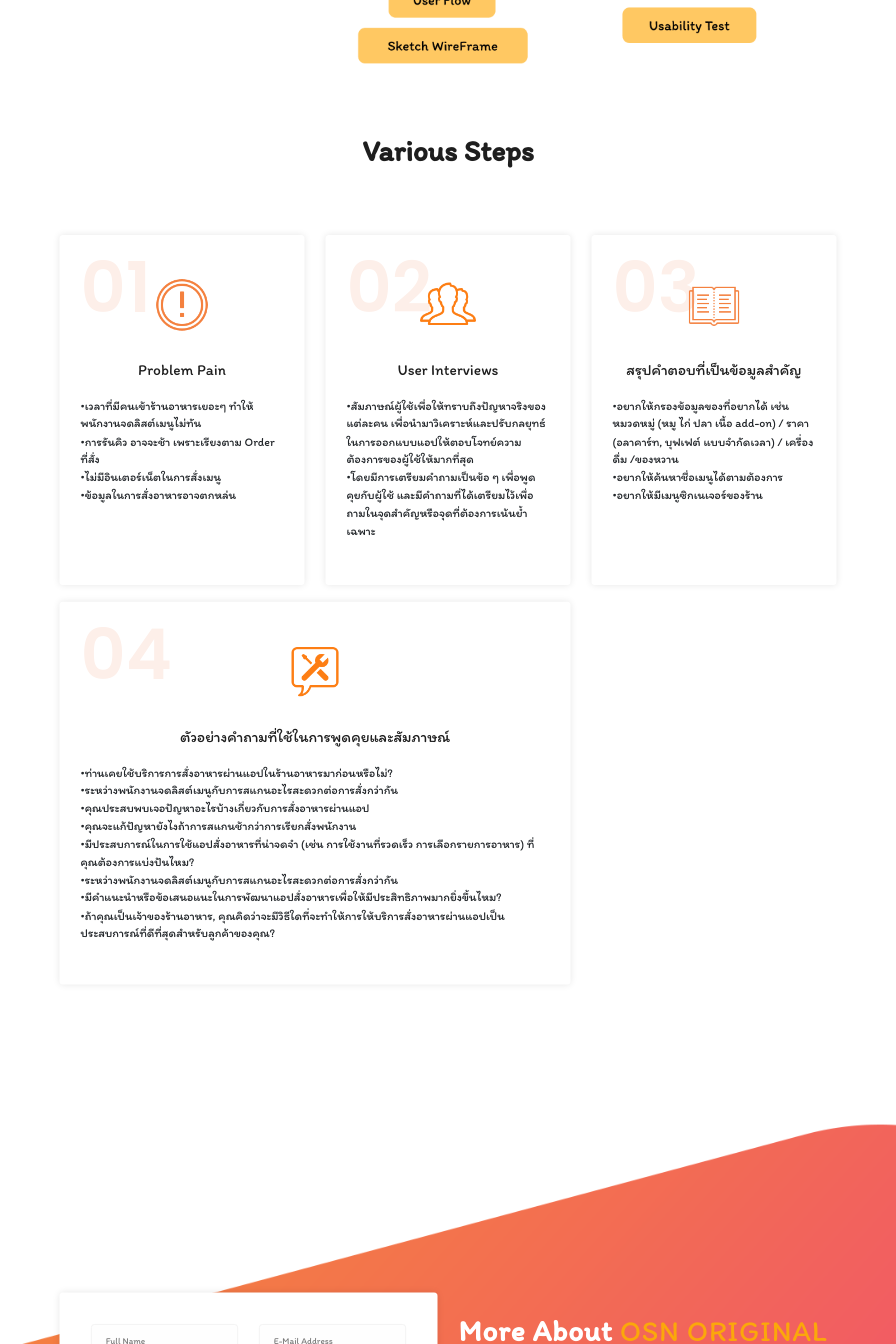
Repository: NicePS2546/Project-OSN
Page: index.html
These files come from the project's save history. The page is drawn as it stood at one moment and after the next save; the edit follows.
The browser window is 1280 px wide. The pictures show the part of the page from y = 4241 to 6161 px (the page is 6759 px tall), at 70% of full size.
Some web fonts or font styles are not loaded; a fallback is used.

Above is the page before, as saved 2024-03-25 16:30:31.

### index.html
<!DOCTYPE html>
<html lang="en">
  <head>
    <meta charset="UTF-8" />
    <meta name="viewport" content="width=device-width, initial-scale=1.0" />
    <title>OSN Original App</title>
    <link
      href="https://cdn.jsdelivr.net/npm/bootstrap@5.3.3/dist/css/bootstrap.min.css"
      rel="stylesheet"
      integrity="sha384-QWTKZyjpPEjISv5WaRU9OFeRpok6YctnYmDr5pNlyT2bRjXh0JMhjY6hW+ALEwIH"
      crossorigin="anonymous"
    />
    <link
      rel="stylesheet"
      href="https://cdnjs.cloudflare.com/ajax/libs/font-awesome/6.5.1/css/all.min.css"
    />
    <script
      src="https://cdn.jsdelivr.net/npm/bootstrap@5.3.3/dist/js/bootstrap.bundle.min.js"
      integrity="sha384-YvpcrYf0tY3lHB60NNkmXc5s9fDVZLESaAA55NDzOxhy9GkcIdslK1eN7N6jIeHz"
      crossorigin="anonymous"
    ></script>

    <link
      rel="stylesheet"
      type="text/css"
      href="assets/css/bootstrap.min.css"
    />

    <link rel="stylesheet" type="text/css" href="assets/css/font-awesome.css" />
    <link rel="stylesheet" href="assets/css/custom.css" />


  </head>
  <body>
    <!-- Loading Page -->
    <div id="loading">
      <div class="jumper">
        <div></div>
        <div></div>
        <div></div>
      </div>
    </div>

    <!-- Loading Page -->

    <header class="header-area header-sticky">
      <div class="container">
        <div class="row">
          <div class="col-12">
            <nav class="main-nav">
              <a class="logo" href="#"> OSN Original </a>
              <ul class="nav">
                <li class="scroll-to-section">
                  <a href="#welcome" class="menu-item">Home</a>
                </li>
                <li class="scroll-to-section">
                  <a href="#about" class="menu-item">Detail Work</a>
                </li>
                <li class="scroll-to-section">
                  <a class="menu-item" href="#various-steps">Various Steps</a>
                </li>
                <li class="scroll-to-section">
                  <a class="menu-item" href="#design-process">Design Process</a>
                </li>
                <li class="scroll-to-section">
                  <a class="menu-item" href="#team">Our Team</a>
                </li>
              </ul>
              <a class="menu-trigger">
                <span>Menu</span>
              </a>
            </nav>
          </div>
        </div>
      </div>
    </header>

    <div id="welcome" class="hero-area">
      <div class="header-text">
        <div class="container">
          <div class="row">
            <div
              class="left-text col-lg-6 col-md-12 col-sm-12 col-xs-12"
              data-scroll-reveal="enter left move 30px over 0.6s after 0.4s"
            >
              <h1>
                Simple Buffet app <br />
                <em>osi original</em>
              </h1>
              <p>
                แอปพลิเคชั่นสำหรับสั่งอาหาร ไม่ว่าจะเป็นบุฟเฟ่ต์หมูกระทะ
                หรือจะเป็น อะลาคาร์ท สั่งได้ในหน้าจอของคุณเลยตอนนี้
                ประสบการณ์ของคุณคือหน้าที่ของเรา
                เราจะทำให้มั่นใจว่าทุกช่วงเวลาของคุณที่นี่จะต้องดีที่สุด
                แอปพลิเคชั่นสร้างโดย OSI Team
              </p>
              <a href="#team" class="main-button-slider">OSI TEAM</a>
            </div>
          </div>
        </div>
      </div>
    </div>

    <!-- detail work -->
    <section class="section" id="about">
      <div class="container">
        <div class="row">
          <div
            class="col-lg-4 col-md-6 col-sm-12 col-xs-12"
            data-scroll-reveal="enter left move 30px over 0.6s after 0.4s"
          >
            <div class="detail-box box-1">
              <div class="box-icon">
                <h2>01</h2>
                <img src="assets/image/icons8-time-80.png" alt="" />
                <h4>ระยะเวลาทำงาน</h4>
                <p>16 กุมภาพันธ์ 2567 – 31 มีนาคม 2567</p>
                <a href="#" class="main-button"> Read More </a>
              </div>
            </div>
          </div>
          <div
            class="col-lg-4 col-md-6 col-sm-12 col-xs-12"
            data-scroll-reveal="enter bottom move 30px over 0.6s after 0.4s"
          >
            <div class="detail-box box-2">
              <div class="features-icon">
                <h2>02</h2>
                <img
                  src="assets/image/icons8-team-100.png"
                  width="80px"
                  height="80px"
                />
                <h4>ประเภทงาน</h4>
                <p>งานกลุ่ม 3 คน</p>
                <a href="#team" class="main-button"> Discover More </a>
              </div>
            </div>
          </div>
          <div
            class="col-lg-4 col-md-6 col-sm-12 col-xs-12"
            data-scroll-reveal="enter right move 30px over 0.6s after 0.4s"
          >
            <div class="detail-box box-3">
              <div class="features-icon">
                <h2>03</h2>
                <img
                  src="assets/image/icons8-utilities-100.png"
                  width="80px"
                  height="80px"
                  alt=""
                />
                <h4>เครื่องมือที่ใช้</h4>
                <p>Figma HTML CSS JS</p>
                <a href="#testimonials" class="main-button"> More Detail </a>
              </div>
            </div>
          </div>
        </div>
      </div>
    </section>
    <!--End Detail work-->
    <div class="left-image-decor"></div>
    <!--TEAM-->
    <section class="section" id="team">
      <div class="container">
        <div class="row">
          <div
            class="left-image col-lg-5 col-md-12 col-sm-12 mobile-bottom-fix-big"
            data-scroll-reveal="enter left move 30px over 0.6s after 0.4s"
          >
            <img
              src="assets/image/left-image.png"
              class="rounded img-fluid d-block mx-auto"
              alt="App"
            />
          </div>
          <div
            class="right-text offset-lg-1 col-lg-6 col-md-12 col-sm-12 mobile-bottom-fix"
          >
            <ul class="team-list">
              <li
                class="box-team"
                data-scroll-reveal="enter right move 30px over 0.6s after 0.4s"
              >
                <img src="assets/image/Evil_nice.jpg" class="profile-img" width="110px" height="110px" alt="" />
                <div class="text">
                  <h4>Pasit Bungoed</h4>
                  <p>Figma Designer,Prototype Editor, Website creator</p>
                  <div class="list-social">
                    <a><i class="fa fa-facebook" aria-hidden="true"></i></a>
                    <a><i class="fa fa-twitter" aria-hidden="true"></i></a>
                    <a><i class="fa fa-linkedin" aria-hidden="true"></i></a>
                    <a><i class="fa fa-instagram" aria-hidden="true"></i></a>
                    <a><i class="fa fa-youtube-play" aria-hidden="true"></i></a>
                  </div>
                </div>
              </li>

              <li
                class="box-team"
                data-scroll-reveal="enter right move 30px over 0.6s after 0.5s"
              >
                <img src="assets/image/sim.jpg " class="profile-img" width="110px" height="110px" alt="" />
                <div class="text">
                  <h4>Nattawat Subsomboon</h4>
                  <p>Figma Design Co-Pilot,Prototype Editor</p>
                  <div class="list-social">
                    <a><i class="fa fa-facebook" aria-hidden="true"></i></a>
                    <a><i class="fa fa-twitter" aria-hidden="true"></i></a>
                    <a><i class="fa fa-linkedin" aria-hidden="true"></i></a>
                    <a><i class="fa fa-instagram" aria-hidden="true"></i></a>
                    <a><i class="fa fa-youtube-play" aria-hidden="true"></i></a>
                  </div>
                </div>
              </li>

              <li
                class="box-team"
                data-scroll-reveal="enter right move 30px over 0.6s after 0.6s"
              >
                <img src="assets/image/oat.jpg" class="profile-img" width="110px" height="110px" alt="" />
                <div class="text">
                  <h4>Pongphat Sangsawang</h4>
                  <p>Figma Design Co-Pilot</p>
                  <div class="list-social">
                    <a><i class="fa fa-facebook" aria-hidden="true"></i></a>
                    <a><i class="fa fa-twitter" aria-hidden="true"></i></a>
                    <a><i class="fa fa-linkedin" aria-hidden="true"></i></a>
                    <a><i class="fa fa-instagram" aria-hidden="true"></i></a>
                    <a><i class="fa fa-youtube-play" aria-hidden="true"></i></a>
                  </div>
                </div>
              </li>
            </ul>
          </div>

          <h1 class="header-prototype">Prototype App</h1>
          <iframe
            data-scroll-reveal="enter fade 0.6s after 0.4s"
            style="border: 1px solid rgba(0, 0, 0, 0.1)"
            width="500px"
            height="1000px"
            src="https://www.figma.com/embed?embed_host=share&url=https%3A%2F%2Fwww.figma.com%2Fproto%2FtxMAS8ibAktKTE6PIgdeX5%2FProject%3Ftype%3Ddesign%26node-id%3D65-18147%26t%3D9C3Eo7JHRzGhpGCB-1%26scaling%3Dscale-down%26page-id%3D62%253A218%26starting-point-node-id%3D65%253A18147%26show-proto-sidebar%3D1%26mode%3Ddesign"
            allowfullscreen
          ></iframe>
        </div>
      </div>
    </section>
    <!--end TEAM-->
    <div class="right-image-decor"></div>
    <!--Design Process-->
    <section class="section" id="design-process">
      <div class="container">
        <div class="row">
          <div class="col-lg-8 offset-lg-2">
            <div class="center-heading">
              <h2>Design Process</h2>
            </div>
          </div>
          <div
            data-scroll-reveal="enter left move 330px over 0.6s after 0.4s"
            class="col-lg-10 chart-container col-md-12 col-sm-12 mobile-bottom-fix-big"
          >
            <img class="" src="assets/image/Chart.png" />
          </div>
        </div>
      </div>
    </section>

    <!--End Design Process-->
<!--Various Step-->
    <section class="section" id="various-steps">
      <div class="container">
        <div class="row">
          <div class="center-heading"><h2 class="">Various Steps</h2></div>

          <div
            class="col-lg-4 col-md-6 col-sm-12 col-xs-12"
            data-scroll-reveal="enter left move 30px over 0.6s after 0.4s"
          >
            <div class="detail-box box-fixed-1 box-1">
              <div class="box-icon">
                <h2>01</h2>
                <img src="assets/image/icons8-high-importance-100.png" width="80px" height="80px" alt="" />
                <h4>Problem Pain</h4>
                <ul class="list-alignment">
                  <li>
                    •เวลาที่มีคนเข้าร้านอาหารเยอะๆ ทำให้พนักงานจดลิสต์เมนูไม่ทัน
                  </li>
                  <li>•การรันคิว อาจจะช้า เพราะเรียงตาม Order ที่สั่ง</li>
                  <li>•ไม่มีอินเตอร์เน็ตในการสั่งเมนู</li>
                  <li>•ข้อมูลในการสั่งอาหารอาจตกหล่น</li>
                </ul>
              </div>
            </div>
          </div>
          <div
            class="col-lg-4 col-md-6 col-sm-12 col-xs-12"
            data-scroll-reveal="enter bottom move 30px over 0.6s after 0.4s"
          >
            <div class="detail-box box-fixed-2 box-2">
              <div class="features-icon">
                <h2>02</h2>
                <img
                  src="assets/image/icons8-team-100.png"
                  width="80px"
                  height="80px"
                />
                <h4>User Interviews</h4>
                <ul class="list-alignment">
                  <li>
                    •สัมภาษณ์ผู้ใช้เพื่อให้ทราบถึงปัญหาจริงของแต่ละคน
                    เพื่อนำมาวิเคราะห์และปรับกลยุทธ์ในการออกแบบแอปให้ตอบโจทย์ความต้องการของผู้ใช้ให้มากที่สุด
                  </li>
                  <li>
                    •โดยมีการเตรียมคำถามเป็นข้อ ๆ เพื่อพูดคุยกับผู้ใช้
                    และมีคำถามที่ได้เตรียมไว้เพื่อถามในจุดสำคัญหรือจุดที่ต้องการเน้นย้ำเฉพาะ
                  </li>
                </ul>
              </div>
            </div>
          </div>
          <div
            class="col-lg-4 m-responsive col-md-6 col-sm-12 col-xs-12"
            data-scroll-reveal="enter right move 30px over 0.6s after 0.4s"
          >
            <div class="detail-box box-fixed-3 box-3">
              <div class="features-icon">
                <h2>03</h2>
                <img
                  src="assets/image/icons8-book-80.png"
                  width="80px"
                  height="80px"
                  alt=""
                />
                <h4>สรุปคำตอบที่เป็นข้อมูลสำคัญ</h4>
                <ul class="list-alignment">
                  <li>
                    •อยากให้กรองข้อมูลของที่อยากได้ เช่น หมวดหมู่ (หมู ไก่ ปลา
                    เนื้อ add-on) / ราคา (อลาคาร์ท, บุฟเฟต์ แบบจำกัดเวลา) /
                    เครื่องดื่ม /ของหวาน
                  </li>
                  <li>•อยากให้ค้นหาชื่อเมนูได้ตามต้องการ</li>
                  <li>•อยากให้มีเมนูซิกเนเจอร์ของร้าน</li>
                </ul>
              </div>
            </div>
          </div>
          <div
            class="col-lg-4 mt-4 col-md-6 col-sm-12 col-xs-12"
            data-scroll-reveal="enter right move 30px over 0.6s after 0.4s"
          >
            <div class="detail-box box-fixed-4 box-4">
              <div class="features-icon">
                <h2>04</h2>
                <img
                  src="assets/image/icons8-utilities-100.png"
                  width="80px"
                  height="80px"
                  alt=""
                />
                <h4>ตัวอย่างคำถามที่ใช้ในการพูดคุยและสัมภาษณ์</h4>
                <ul class="list-alignment">
                  <li>
                    •ท่านเคยใช้บริการการสั่งอาหารผ่านแอปในร้านอาหารมาก่อนหรือไม่?
                  </li>
                  <li>
                    •ระหว่างพนักงานจดลิสต์เมนูกับการสแกนอะไรสะดวกต่อการสั่งกว่ากัน
                  </li>
                  <li>
                    •คุณประสบพบเจอปัญหาอะไรบ้างเกี่ยวกับการสั่งอาหารผ่านแอป
                  </li>
                  <li>
                    •คุณจะแก้ปัญหายังไงถ้าการสแกนช้ากว่าการเรียกสั่งพนักงาน
                  </li>
                  <li>
                    •มีประสบการณ์ในการใช้แอปสั่งอาหารที่น่าจดจำ (เช่น
                    การใช้งานที่รวดเร็ว การเลือกรายการอาหาร)
                    ที่คุณต้องการแบ่งปันไหม?
                  </li>
                  <li>
                    •ระหว่างพนักงานจดลิสต์เมนูกับการสแกนอะไรสะดวกต่อการสั่งกว่ากัน
                  </li>
                  <li>
                    •มีคำแนะนำหรือข้อเสนอแนะในการพัฒนาแอปสั่งอาหารเพื่อให้มีประสิทธิภาพมากยิ่งขึ้นไหม?
                  </li>
                  <li>
                    •ถ้าคุณเป็นเจ้าของร้านอาหาร,
                    คุณคิดว่าจะมีวิธีใดที่จะทำให้การให้บริการสั่งอาหารผ่านแอปเป็นประสบการณ์ที่ดีที่สุดสำหรับลูกค้าของคุณ?
                  </li>
                </ul>
              </div>
            </div>
          </div>
        </div>
      </div>
    </section>
<!--End Various Step-->
    <!-- ***** Footer Start ***** -->
    <footer id="contact-us">
      <div class="container">
        <div class="footer-content">
          <div class="row">
            <!-- ***** Contact Form Start ***** -->
            <div class="col-lg-6 col-md-12 col-sm-12">
              <div class="contact-form" data-scroll-reveal="enter fade over 0.6s after 0.4s">
                <form id="contact" action="" method="post">
                  <div class="row">
                    <div class="col-md-6 col-sm-12">
                      <fieldset data-scroll-reveal="enter left move 30px over 0.6s after 0.4s">
                        <input
                          name="name"
                          type="text"
                          id="name"
                          placeholder="Full Name"
                          required=""
                          style="background-color: rgba(250, 250, 250, 0.3)"
                        />
                      </fieldset>
                    </div>
                    <div class="col-md-6 col-sm-12">
                      <fieldset data-scroll-reveal="enter right move 30px over 0.6s after 0.4s">
                        <input
                          name="email"
                          type="text"
                          id="email"
                          placeholder="E-Mail Address"
                          required=""
                          style="background-color: rgba(250, 250, 250, 0.3)"
                        />
                      </fieldset>
                    </div>
                    <div class="col-lg-12">
                      <fieldset data-scroll-reveal="enter bottom move 30px over 0.6s after 0.4s">
                        <textarea
                          name="message"
                          rows="6"
                          id="message"
                          placeholder="Your Message"
                          required=""
                          style="background-color: rgba(250, 250, 250, 0.3)"
                        ></textarea>
                      </fieldset>
                    </div>
                    <div class="col-lg-12">
                      <fieldset data-scroll-reveal="enter bottom move 30px over 0.6s after 0.4s">
                        <button
                          type="submit"
                          id="form-submit"
                          class="main-button"
                        >
                          Send Message Now
                        </button>
                      </fieldset>
                    </div>
                  </div>
                </form>
              </div>
            </div>
            <!-- ***** Contact Form End ***** -->
            <div class="right-content col-lg-6 col-md-12 col-sm-12" data-scroll-reveal="enter right move 30px over 0.2s after 0.4s">
              <h2>More About <em>OSN Original</em></h2>
              <p>
                Phasellus dapibus urna vel lacus accumsan, iaculis eleifend leo
                auctor. Duis at finibus odio. Vivamus ut pharetra arcu, in porta
                metus. Suspendisse blandit pulvinar ligula ut elementum.
                <br /><br />Lorem ipsum dolor sit amet consectetur adipisicing elit. Ab similique molestias est, non quia qui reiciendis voluptate ullam nulla quo mollitia labore maiores laudantium repellendus tenetur delectus dolorum placeat praesentium!
                <a
                  rel="nofollow"
                  href="https://templatemo.com/contact"
                  target="_parent"
                  >contact</a
                >
                page for more detail.
              </p>
              <ul class="social">
                <li>
                  <a href="https://fb.com/templatemo" data-scroll-reveal="enter bottom move 40px over 0.3s after 0.4s"
                    ><i class="fa fa-facebook"></i
                  ></a>
                </li>
                <li>
                  <a href="#" data-scroll-reveal="enter top move 40px over 0.4s after 0.4s"><i class="fa fa-twitter"></i></a>
                </li>
                <li>
                  <a href="# " data-scroll-reveal="enter bottom move 40px over 0.5s after 0.4s"><i class="fa fa-linkedin"></i></a>
                </li>
                <li>
                  <a href="#" data-scroll-reveal="enter top move 40px over 0.6s after 0.4s"><i class="fa fa-rss"></i></a>
                </li>
                <li>
                  <a href="#" data-scroll-reveal="enter bottom move 40px over 0.7s after 0.4s"><i class="fa fa-dribbble"></i></a>
                </li>
              </ul>
            </div>
          </div>
        </div>
        <div class="row">
          <div class="col-lg-12">
            <div class="sub-footer">
              <p>
                Copyright &copy; 2024 OSN ORIGINAL APP | Designed by Pasit
              </p>
            </div>
          </div>
        </div>
      </div>
    </footer>
    <!-- ***** end detail work ***** -->
  </body>
  <!-- jQuery -->
  <script src="assets/js/jquery-2.1.0.min.js"></script>

  <!-- Bootstrap -->
  <script src="assets/js/popper.js"></script>
  <script src="assets/js/bootstrap.min.js"></script>

  <!-- Plugins -->
  <script src="assets/js/owl-carousel.js"></script>
  <script src="assets/js/scrollreveal.min.js"></script>
  <script src="assets/js/waypoints.min.js"></script>
  <script src="assets/js/jquery.counterup.min.js"></script>
  <script src="assets/js/imgfix.min.js"></script>
  <!-- Global Init -->
  <script src="assets/js/custom.js"></script>
</html>

Loaded but not shown: assets/css/bootstrap.min.css (library); assets/css/font-awesome.css (library); assets/js/jquery-2.1.0.min.js (library); assets/js/popper.js (library); assets/js/bootstrap.min.js (library); assets/js/scrollreveal.min.js (library); assets/js/waypoints.min.js (library); assets/js/jquery.counterup.min.js (common file); assets/js/imgfix.min.js (library); assets/js/owl-carousel.js (3448 lines, source omitted); assets/js/custom.js (270 lines, source omitted); assets/css/custom.css (1161 lines, source omitted)

After the next save:
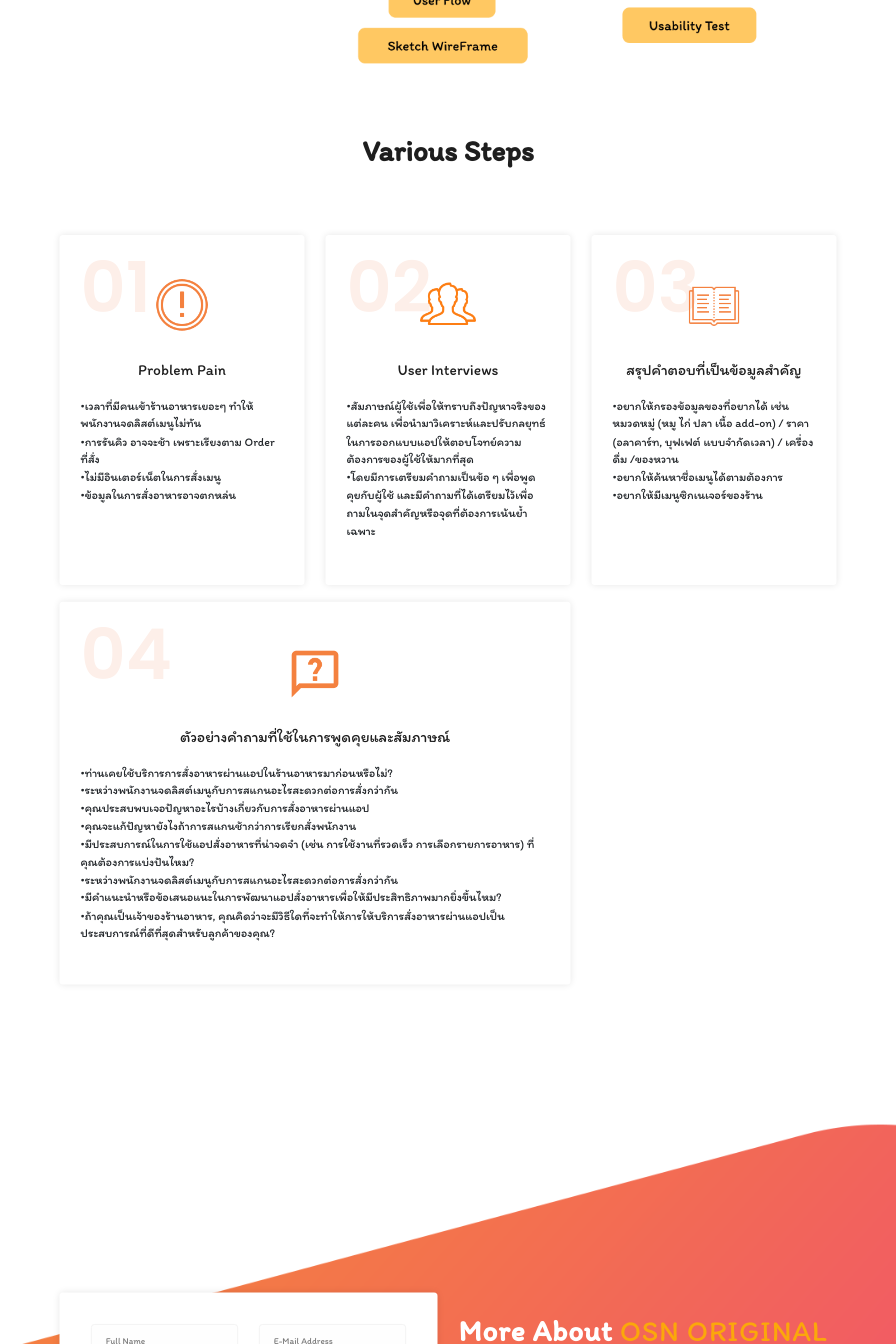
Saved 59 s later.
--- a/index.html
+++ b/index.html
@@ -355,7 +355,7 @@
               <div class="features-icon">
                 <h2>04</h2>
                 <img
-                  src="assets/image/icons8-utilities-100.png"
+                  src="assets/image/icons8-question-100.png"
                   width="80px"
                   height="80px"
                   alt=""
